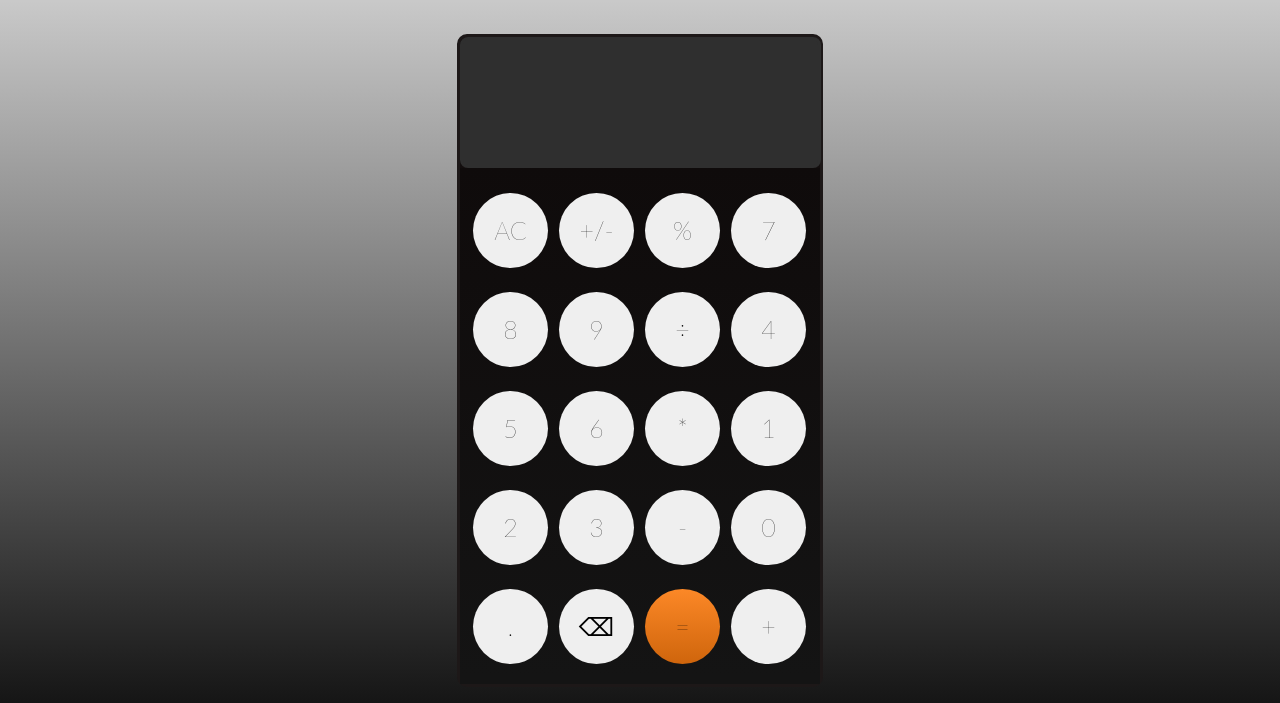
Repository: MhlengiNgubane/BrainnestJsTwo
Page: index.html
The author's editor kept a copy of each file at every save. The page is drawn from the files as they stood at one save, then again after the next save.
The browser window is 1280 px wide. The pictures show the whole page.

Above is the page before, as saved 2022-09-12 09:40:16.

After the next save:
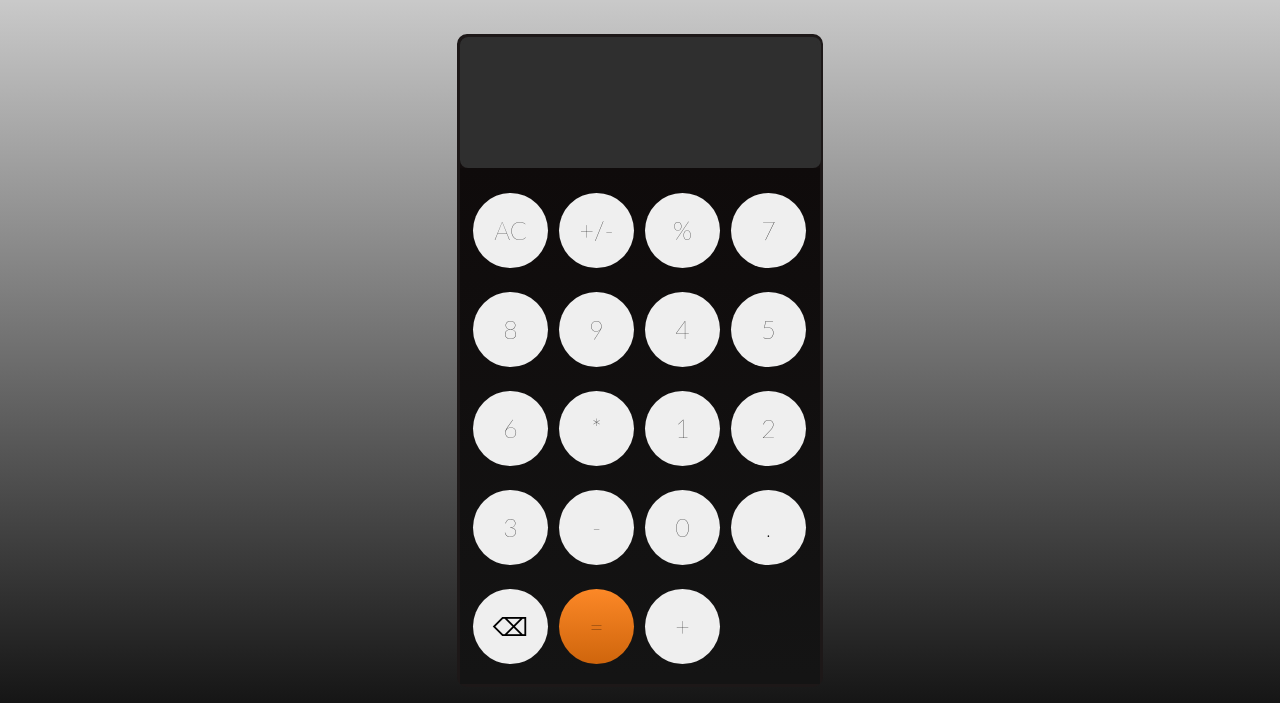
Saved 75 s later.
--- a/index.html
+++ b/index.html
@@ -20,7 +20,7 @@
                     <button value="7" class="number">7</button>
                     <button value="8" class="number">8</button>
                     <button value="9" class="number">9</button>
-                    <button value="/" class="brown operator">&divide</button>
+
 
                     <button value="4" class="number">4</button>
                     <button value="5" class="number">5</button>

After the 2 saves that followed:
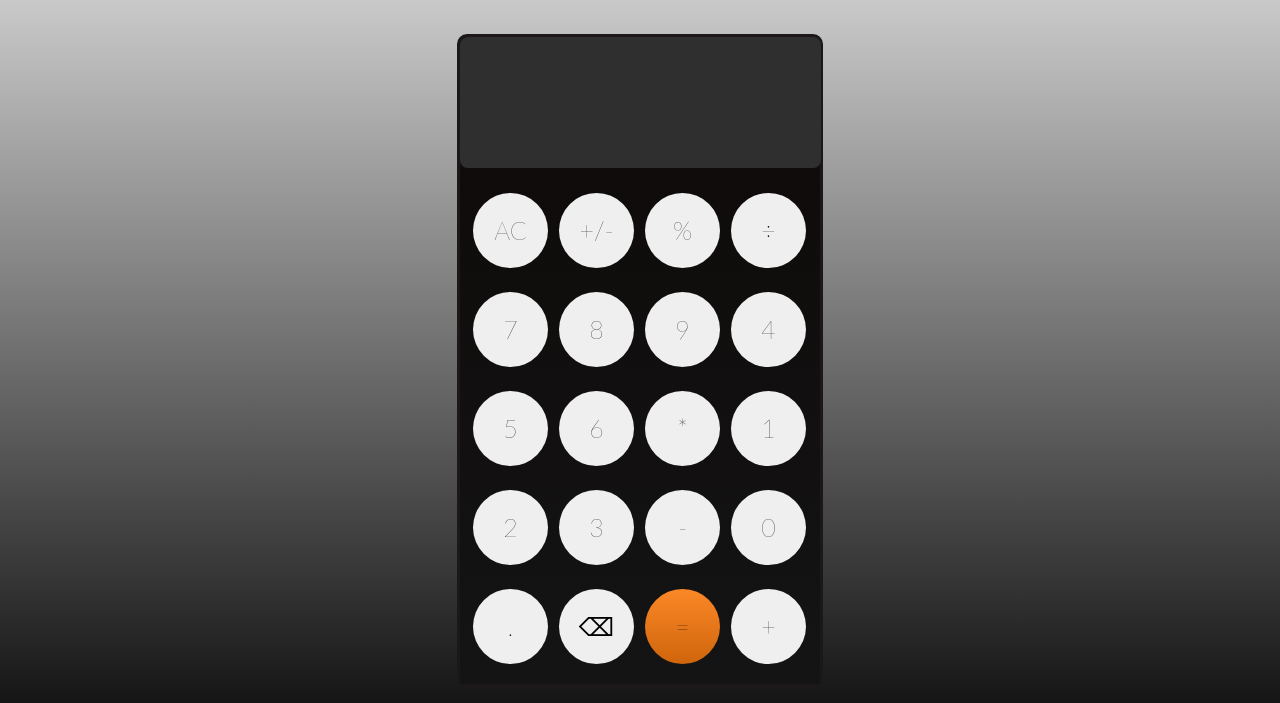
The 2 saves are shown as one change because 1 left the picture as it was.
The last was saved 8 s later.
--- a/index.html
+++ b/index.html
@@ -16,6 +16,7 @@
 
                     <button value="+/-" class="brown plusMinus">+/-</button>
                     <button value="%" class="brown percent">%</button>
+                    <button value="/" class="brown operator">&divide</button>
 
                     <button value="7" class="number">7</button>
                     <button value="8" class="number">8</button>
